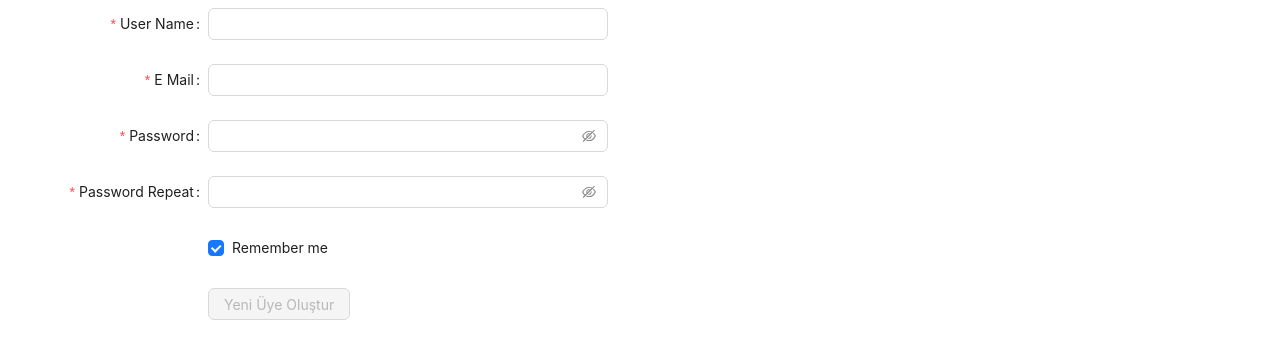
Repository: gursoyfahrettin20/startupProjectWeb
Page: /signup
These files come from the project's save history. The page is drawn as it stood at one moment and after the next save; the edit follows.
The browser window is 1280 px wide. The pictures show the whole page.
The project was rebuilt for these pictures with package versions that can differ from the ones it lists, and the page was loaded fresh each time. Also part of the build but not shown: vite.config.js.

Above is the page before, as saved 2024-01-14 17:28:49.

### index.html
<!doctype html>
<html lang="en">
  <head>
    <meta charset="UTF-8" />
    <link rel="icon" type="image/svg+xml" href="/vite.svg" />
    <meta name="viewport" content="width=device-width, initial-scale=1.0" />
    <title>Başlangıç Projesi</title>
  </head>
  <body>
    <div id="root"></div>
    <script type="module" src="/src/index.jsx"></script>
  </body>
</html>

### src/index.jsx
import * as React from 'react';
import { StrictMode } from 'react';
import { createRoot } from 'react-dom/client';
import SignUp from "./pages/SignUp"

const rootElement = document.getElementById('root');
const root = createRoot(rootElement);

root.render(
  <StrictMode>
    <SignUp/>
  </StrictMode>,
)

### src/pages/SignUp/index.jsx
import React, { useState, useEffect } from 'react';
import _ from 'lodash';
import { Button, Checkbox, Form, Spin, notification } from 'antd';
import { LoadingOutlined } from '@ant-design/icons';
import { singUp } from "../../api/apiCalls.js";
import { FormItem } from "../../components/formItem/formItem.jsx";
import { openNotification } from '../../components/notification/index.jsx';

function index() {
    const [form] = Form.useForm();
    const [username, setUsername] = useState();
    const [email, setEmail] = useState();
    const [password, setPassword] = useState();
    const [passwordRepeat, setPasswordRepeat] = useState();
    const [submittable, setSubmittable] = useState(false);
    const [apiProgress, setApiProgress] = useState(false);
    const [errors, setErrors] = useState({});
    const values = Form.useWatch([], form);
    const [api, contextHolder] = notification.useNotification();

     const openNotification = customNotification();

    const onSubmit = async (event) => {
        setApiProgress(true);
        const data = {
            username: username,
            email: email,
            password: password
        };
        try {
            const response = await singUp(data);
            openNotification("Yeni Kullanıcı", response.data.message, "success", 'topRight');
            setUsername();
            setPassword();
            setPasswordRepeat();
            setEmail();
        } catch (responseError) {
            if (responseError.response?.data && responseError.response?.data.status === 400) {
                setErrors(responseError.response?.data.validationErrors)
                openNotification("Hata Oluştu !", responseError.response?.data.validationErrors, "warning", 'topRight');
            }
            else {
                openNotification("Hata Oluştu !", "Tahmin Edilemeyen Hatalarda gösterilecektir. / Unexpected error occured. Pleace try again.", "error", 'topRight');
            }
        } finally {
            setApiProgress(false);
        }
    }

    const onFinishFailed = (errorInfo) => {
        console.log('Failed:', errorInfo);
    };

    // TODO: Sign Up butonu disabled durumlarına bakıyor.
    useEffect(() => {
        let _submittable = false;
        if (_.isUndefined(password) || _.isNull(password) || _.isEmpty(password)) {
            _submittable = false;
        } else if (password === passwordRepeat) {
            _submittable = true;
        }
        setSubmittable(_submittable);
    }, [values]);


    return (
        <Form
            name="signUp"
            labelCol={{ span: 8, }}
            wrapperCol={{ span: 16 }}
            style={{ maxWidth: 600, }}
            initialValues={{ remember: true, }}
            onFinish={onSubmit}
            onFinishFailed={onFinishFailed}
            autoComplete="off"
            form={form}>
            <FormItem
                label="User Name"
                name="username"
                autoComplete='false'
                message='Please input your username!'
                errors={errors}
                onChange={(e) => setUsername(e.target.value)}
            />
            <FormItem
                label="E Mail"
                name="email"
                autoComplete='false'
                message='Please input your email!'
                errors={errors}
                onChange={(e) => setEmail(e.target.value)}
            />
            <FormItem
                label="Password"
                name="password"
                isPassword={true}
                autoComplete='false'
                message='Please input your password!'
                errors={errors}
                onChange={(e) => setPassword(e.target.value)}
            />
            <FormItem
                label="Password Repeat"
                name="passwordRepeat"
                isPassword={true}
                autoComplete='false'
                message='Please input your password Repeat!'
                onChange={(e) => setPasswordRepeat(e.target.value)}
            />
            <Form.Item
                name="remember"
                valuePropName="checked"
                wrapperCol={{ offset: 8, span: 16, }}
            >
                <Checkbox>Remember me</Checkbox>
            </Form.Item>

            <Form.Item wrapperCol={{ offset: 8, span: 16, }}>
                <Button type="primary" htmlType="submit" disabled={apiProgress ? apiProgress : !submittable}>
                    <Spin style={{ display: apiProgress ? "inline" : "none" }}
                        indicator={<LoadingOutlined style={{ fontSize: 24, marginRight: 15 }} spin />} />
                    {apiProgress ? "Yeni Üye Oluşturuluyor..." : "Yeni Üye Oluştur"}
                </Button>
            </Form.Item>
            {/* todo: notification çıkartmak konulmuştur */}
            {contextHolder}
        </Form>
    );

    function customNotification() {
        return (message, description, type, placement) => {
            api[type]({
                message: message,
                description: description,
                placement: placement ? placement : 'topRight'
            });
        };
    }
}
export default index;

### src/api/apiCalls.js
import axios from "axios";

export const changeLanguage = lang => {
    axios.defaults.headers['accept-language'] = lang;
}

export const getBaseUrl = () => {
     return import.meta.env.VITE_REACT_APP_REST_SERVICE_URL;
}

export const saveUser = body => {
    return axios.post(getBaseUrl() + '/users', body);
}

export const singUp = body => {
    return axios.post(getBaseUrl() + '/users', body);
}

export const login = data => {
    return axios.post(getBaseUrl() + '/auth', {}, {auth: data});
}

export const getUsers = (page, size) => {
    return axios.get(getBaseUrl() + `/users?currentPage=${page ? page : 0}&pageSize=${size ? size : 3}`);
}

export const setAuthorizationHeader = ({username, password, isLoggedIn}) => {
    if (isLoggedIn) {
        let authorizationHeaderValue = `Basic ${btoa(username + ':' + password)}`
        axios.defaults.headers['Authorization'] = authorizationHeaderValue;
    } else {
        delete axios.defaults.headers['Authorization'];
    }
}

export const getUser = (userName) => {
    return axios.get(getBaseUrl() + `/users/${userName}`);
}

export const updateUser = (userName, body) => {
    return axios.put(getBaseUrl() + `/users/${userName}`, body);
}

export const postHoax = hoax => {
    return axios.post(getBaseUrl() + "/hoaxes", hoax);
}

export const getHoaxes = (userName, page = 0) => {
    const path = userName ? `/users/${userName}/hoaxes?currentPage=` : "/hoaxes?currentPage="
    return axios.get(getBaseUrl() + path + page);
}

export const getOldHoaxes = (id, userName) => {
    const path = userName ? `/users/${userName}/hoaxes/${id}` : `/hoaxes/${id}`;
    return axios.get(getBaseUrl() + path);
}

### src/components/formItem/formItem.jsx
import React from 'react';
import { Form, Input } from 'antd';

export function FormItem(props) {

    const { name, label, autoComplete, message, onChange, isPassword,errors } = props;

    return (
        <Form.Item
            label={label}
            name={name}
            autoComplete={autoComplete ? autoComplete : false}
            rules={[
                {
                    required: true,
                    message: { message },
                },
            ]}
        >
            {isPassword ? <Input.Password onChange={onChange} type="password" /> : <Input onChange={onChange} type="text" />}
        </Form.Item>
    );
}

export default FormItem;

### src/components/notification/index.jsx
import { notification } from 'antd';


export const openNotification = (message, description, type, placement) => {
    const [api] = notification.useNotification();

    api[type]({
        message: message,
        description: description,
        placement: placement ? placement : 'topRight'
    });
};

/*
        type tipleri        : 'success', 'info', 'warning', 'error'
        placement tipleri   : 'topLeft', 'topRight', 'bottomLeft', 'bottomRight'

 */

After the next save:
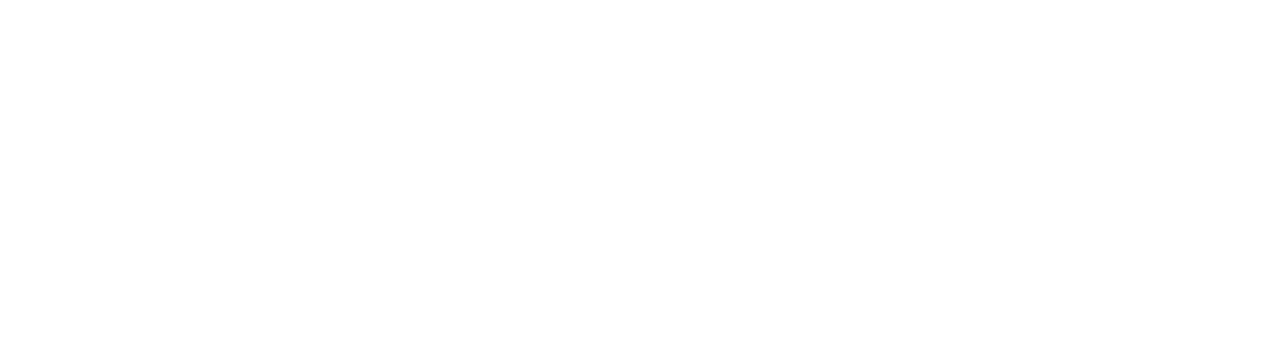
Console error: TypeError: Cannot read properties of undefined (reading 'undefined')
Saved 104 s later.
--- a/src/pages/SignUp/index.jsx
+++ b/src/pages/SignUp/index.jsx
@@ -18,7 +18,7 @@
     const values = Form.useWatch([], form);
     const [api, contextHolder] = notification.useNotification();
 
-     const openNotification = customNotification();
+    const openNotification = customNotification();
 
     const onSubmit = async (event) => {
         setApiProgress(true);
@@ -78,16 +78,14 @@
                 label="User Name"
                 name="username"
                 autoComplete='false'
-                message='Please input your username!'
-                errors={errors}
+                message={errors && errors.validationErrors[username]}
                 onChange={(e) => setUsername(e.target.value)}
             />
             <FormItem
                 label="E Mail"
                 name="email"
                 autoComplete='false'
-                message='Please input your email!'
-                errors={errors}
+                message={errors && errors.validationErrors[username]}
                 onChange={(e) => setEmail(e.target.value)}
             />
             <FormItem
@@ -95,8 +93,7 @@
                 name="password"
                 isPassword={true}
                 autoComplete='false'
-                message='Please input your password!'
-                errors={errors}
+                message={errors && errors.validationErrors[username]}
                 onChange={(e) => setPassword(e.target.value)}
             />
             <FormItem

After the 6 saves that followed:
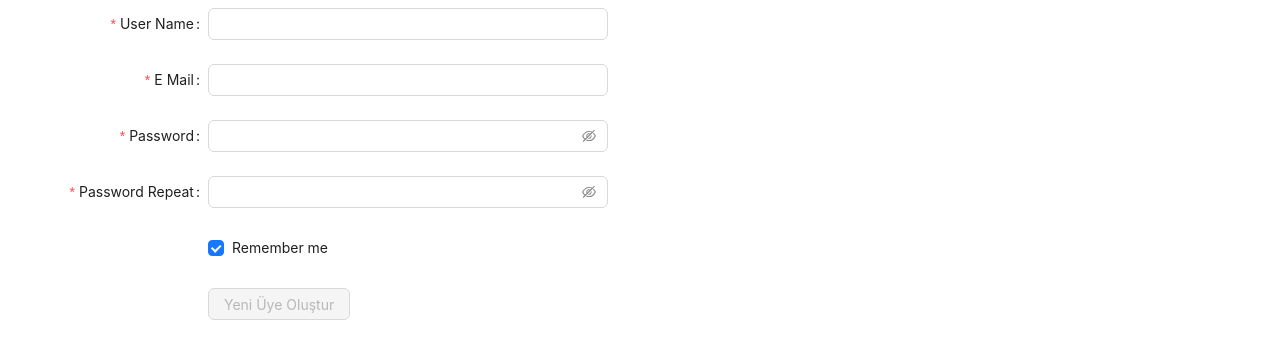
The error is gone.
The 6 saves are shown as one change because 1 did not build or start and 4 left the picture as it was.
The last was saved 4 min 51 s later.
--- a/src/pages/SignUp/index.jsx
+++ b/src/pages/SignUp/index.jsx
@@ -4,7 +4,6 @@
 import { LoadingOutlined } from '@ant-design/icons';
 import { singUp } from "../../api/apiCalls.js";
 import { FormItem } from "../../components/formItem/formItem.jsx";
-import { openNotification } from '../../components/notification/index.jsx';
 
 function index() {
     const [form] = Form.useForm();
@@ -78,14 +77,14 @@
                 label="User Name"
                 name="username"
                 autoComplete='false'
-                message={errors && errors.validationErrors[username]}
+                message={errors ? errors[username] : ""}
                 onChange={(e) => setUsername(e.target.value)}
             />
             <FormItem
                 label="E Mail"
                 name="email"
                 autoComplete='false'
-                message={errors && errors.validationErrors[username]}
+                message={errors ? errors[email] : ""}
                 onChange={(e) => setEmail(e.target.value)}
             />
             <FormItem
@@ -93,7 +92,7 @@
                 name="password"
                 isPassword={true}
                 autoComplete='false'
-                message={errors && errors.validationErrors[username]}
+                message={errors ? errors[password] : ''}
                 onChange={(e) => setPassword(e.target.value)}
             />
             <FormItem
